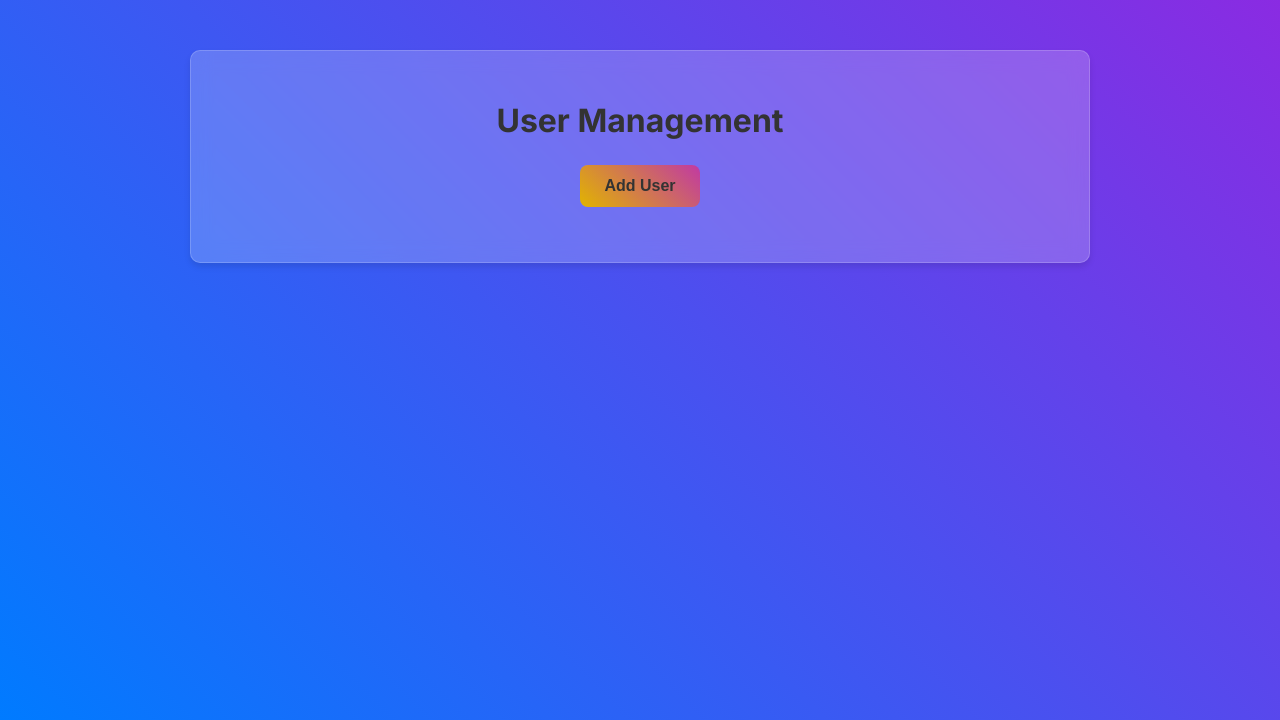
Repository: EeeeeEyyyy/crud-proj
Page: /
These files come from the project's save history. The page is drawn as it stood at one moment and after the next save; the edit follows.
The browser window is 1280 px wide. The pictures show the whole page.
The page's requests for data from a server got no answer. The project was rebuilt for these pictures with package versions that can differ from the ones it lists, and the page was loaded fresh each time. The framework's server and built-in components were replaced by stand-ins that run in the browser. No one was signed in, and anything a server would have sent is missing. Also part of the build but not shown: next.config.mjs.

Above is the page before, as saved 2024-06-25 08:42:17.

### src/app/page.js
"use client";

import React, { useEffect, useState } from "react";
import axios from "axios";

const Page = () => {
  const [users, setUsers] = useState([]);
  const [isCreateModalOpen, setCreateModalOpen] = useState(false);
  const [isUpdateModalOpen, setUpdateModalOpen] = useState(false);
  const [isDeleteModalOpen, setDeleteModalOpen] = useState(false);
  const [selectedUser, setSelectedUser] = useState(null);
  const [newUser, setNewUser] = useState({ name: "", email: "" });

  useEffect(() => {
    fetchUsers();
  }, []);

  const fetchUsers = async () => {
    try {
      const response = await axios.get(
        "https://jsonplaceholder.typicode.com/users"
      );
      setUsers(response.data);
    } catch (error) {
      console.error("Error fetching users:", error);
    }
  };

  const addUser = async () => {
    try {
      const response = await axios.post(
        "https://jsonplaceholder.typicode.com/users",
        newUser
      );
      setUsers([...users, response.data]);
      setCreateModalOpen(false);
    } catch (error) {
      console.error("Error adding user:", error);
    }
  };

  const updateUser = async (id) => {
    try {
      const response = await axios.put(
        `https://jsonplaceholder.typicode.com/users/${id}`,
        selectedUser
      );
      setUsers(users.map((user) => (user.id === id ? response.data : user)));
      setUpdateModalOpen(false);
    } catch (error) {
      console.error("Error updating user:", error);
    }
  };

  const deleteUser = async (id) => {
    try {
      await axios.delete(`https://jsonplaceholder.typicode.com/users/${id}`);
      setUsers(users.filter((user) => user.id !== id));
      setDeleteModalOpen(false);
    } catch (error) {
      console.error("Error deleting user:", error);
    }
  };

  const openCreateModal = () => {
    setNewUser({ name: "", email: "" });
    setCreateModalOpen(true);
  };

  const closeCreateModal = () => {
    setCreateModalOpen(false);
  };

  const openUpdateModal = (user) => {
    setSelectedUser(user);
    setUpdateModalOpen(true);
  };

  const closeUpdateModal = () => {
    setSelectedUser(null);
    setUpdateModalOpen(false);
  };

  const openDeleteModal = (user) => {
    setSelectedUser(user);
    setDeleteModalOpen(true);
  };

  const closeDeleteModal = () => {
    setSelectedUser(null);
    setDeleteModalOpen(false);
  };

  const handleGoToHome = () => {
    router.push("/");
  };

  return (
    <div className="container">
      <h1>User Management</h1>
      <div className="Add-me">
        <button
          onClick={openCreateModal}
          className="glassButton-add"
          id="add-n"
        >
          Add User
        </button>
      </div>
      <ul>
        {users.map((user) => (
          <li key={user.id}>
            {user.name} - {user.email}
            <div className="buttones">
              {" "}
              <button
                onClick={() => openUpdateModal(user)}
                className="glassButton"
                id="update-n"
              >
                Update
              </button>
              <button
                onClick={() => openDeleteModal(user)}
                className="glassButton"
                id="delete-n"
              >
                Delete
              </button>
            </div>
          </li>
        ))}
      </ul>
      {isCreateModalOpen && (
        <div className="modalOverlay">
          <div className="modal">
            <h2>Add User</h2>
            <input
              type="text"
              placeholder="Name"
              value={newUser.name}
              onChange={(e) => setNewUser({ ...newUser, name: e.target.value })}
            />
            <input
              type="email"
              placeholder="Email"
              value={newUser.email}
              onChange={(e) =>
                setNewUser({ ...newUser, email: e.target.value })
              }
            />
            <button onClick={addUser} className="glassButton">
              Add
            </button>
            <button onClick={closeCreateModal} className="closeButton">
              Close
            </button>
          </div>
        </div>
      )}
      {isUpdateModalOpen && selectedUser && (
        <div className="modalOverlay">
          <div className="modal">
            <h2>Update User</h2>
            <input
              type="text"
              placeholder="Name"
              value={selectedUser.name}
              onChange={(e) =>
                setSelectedUser({ ...selectedUser, name: e.target.value })
              }
            />
            <input
              type="email"
              placeholder="Email"
              value={selectedUser.email}
              onChange={(e) =>
                setSelectedUser({ ...selectedUser, email: e.target.value })
              }
            />
            <button
              onClick={() => updateUser(selectedUser.id)}
              className="glassButton"
            >
              Update
            </button>
            <button onClick={closeUpdateModal} className="closeButton">
              Close
            </button>
          </div>
        </div>
      )}
      {isDeleteModalOpen && selectedUser && (
        <div className="modalOverlay">
          <div className="modal">
            <h2>Are you sure you want to delete {selectedUser.name}?</h2>
            <button
              onClick={() => deleteUser(selectedUser.id)}
              className="glassButton"
            >
              Yes
            </button>
            <button onClick={closeDeleteModal} className="closeButton">
              No
            </button>
          </div>
        </div>
      )}
    </div>
  );
};
export default Page;

### src/app/globals.css
* {
  box-sizing: border-box;
  padding: 0;
  margin: 0;
}
html,
body {
  max-width: 100vw;
  overflow-x: hidden;
  background: linear-gradient(
    45deg,
    rgb(0, 123, 255),
    rgb(138, 43, 226)
  ); /* Blue to Violet */
  height: 100%;
  margin: 0;
  padding: 0;
  font-family: Arial, sans-serif;
}
a {
  color: inherit;
  text-decoration: none;
}
.main {
  display: flex;
  flex-direction: column;
  justify-content: space-between;
  align-items: center;
  padding: 6rem;
  min-height: 100vh;
}
.description {
  display: inherit;
  justify-content: inherit;
  align-items: inherit;
  font-size: 0.85rem;
  max-width: var(--max-width);
  width: 100%;
  z-index: 2;
  font-family: var(--font-mono);
}
.description a {
  display: flex;
  justify-content: center;
  align-items: center;
  gap: 0.5rem;
}
.description p {
  position: relative;
  margin: 0;
  padding: 1rem;
  background-color: rgba(var(--callout-rgb), 0.5);
  border: 1px solid rgba(var(--callout-border-rgb), 0.3);
  border-radius: var(--border-radius);
}
.code {
  font-weight: 700;
  font-family: var(--font-mono);
}
.grid {
  display: grid;
  grid-template-columns: repeat(4, minmax(25%, auto));
  max-width: 100%;
  width: var(--max-width);
}
.card {
  padding: 1rem 1.2rem;
  border-radius: var(--border-radius);
  background: rgba(var(--card-rgb), 0);
  border: 1px solid rgba(var(--card-border-rgb), 0);
  transition: background 200ms, border 200ms;
}
.card span {
  display: inline-block;
  transition: transform 200ms;
}

.card h2 {
  font-weight: 600;
  margin-bottom: 0.7rem;
}
.card p {
  margin: 0;
  opacity: 0.6;
  font-size: 0.9rem;
  line-height: 1.5;
  max-width: 30ch;
  text-wrap: balance;
}
.center {
  display: flex;
  justify-content: center;
  align-items: center;
  position: relative;
  padding: 4rem 0;
}
.center::before {
  background: var(--secondary-glow);
  border-radius: 50%;
  width: 480px;
  height: 360px;
  margin-left: -400px;
}
.center::after {
  background: var(--primary-glow);
  width: 240px;
  height: 180px;
  z-index: -1;
}
.center::before,
.center::after {
  content: "";
  left: 50%;
  position: absolute;
  filter: blur(45px);
  transform: translateZ(0);
}
.logo {
  position: relative;
}
/* Enable hover only on non-touch devices */
@media (hover: hover) and (pointer: fine) {
  .card:hover {
    background: rgba(var(--card-rgb), 0.1);
    border: 1px solid rgba(var(--card-border-rgb), 0.15);
  }
  .card:hover span {
    transform: translateX(4px);
  }
}
@media (prefers-reduced-motion) {
  .card:hover span {
    transform: none;
  }
}
/* Mobile */
@media (max-width: 700px) {
  .content {
    padding: 4rem;
  }
  .grid {
    grid-template-columns: 1fr;
    margin-bottom: 120px;
    max-width: 320px;
    text-align: center;
  }
  .card {
    padding: 1rem 2.5rem;
  }

  .card h2 {
    margin-bottom: 0.5rem;
  }

  .center {
    padding: 8rem 0 6rem;
  }

  .center::before {
    transform: none;
    height: 300px;
  }

  .description {
    font-size: 0.8rem;
  }

  .description a {
    padding: 1rem;
  }

  .description p,
  .description div {
    display: flex;
    justify-content: center;
    position: fixed;
    width: 100%;
  }

  .description p {
    align-items: center;
    inset: 0 0 auto;
    padding: 2rem 1rem 1.4rem;
    border-radius: 0;
    border: none;
    border-bottom: 1px solid rgba(var(--callout-border-rgb), 0.25);
    background: linear-gradient(
      to bottom,
      rgba(var(--background-start-rgb), 1),
      rgba(var(--callout-rgb), 0.5)
    );
    background-clip: padding-box;
    backdrop-filter: blur(24px);
  }

  .description div {
    align-items: flex-end;
    pointer-events: none;
    inset: auto 0 0;
    padding: 2rem;
    height: 200px;
    background: linear-gradient(
      to bottom,
      transparent 0%,
      rgb(var(--background-end-rgb)) 40%
    );
    z-index: 1;
  }
}

/* Tablet and Smaller Desktop */
@media (min-width: 701px) and (max-width: 1120px) {
  .grid {
    grid-template-columns: repeat(2, 50%);
  }
}

@media (prefers-color-scheme: dark) {
  .vercelLogo {
    filter: invert(1);
  }

  .logo {
    filter: invert(1) drop-shadow(0 0 0.3rem #ffffff70);
  }
}

@keyframes rotate {
  from {
    transform: rotate(360deg);
  }
  to {
    transform: rotate(0deg);
  }
}
.container {
  max-width: 1000px;
  margin: 50px auto;
  padding: 20px;
  background: rgba(0, 123, 255, 0.2);
  border: 1px solid rgba(0, 123, 255, 0.18);
  border-radius: 10px;
  backdrop-filter: blur(10px);
  box-shadow: 0 4px 6px rgba(0, 0, 0, 0.1);
  text-align: center;
}

h1 {
  font-size: 2em;
  margin-bottom: 20px;
  color: #333;
}

/* Glass Button Styles */
.glassButton {
  background: rgba(255, 255, 255, 0.2);
  border: none;
  padding: 12px 24px;
  font-size: 16px;
  color: #7f0c0c;
  cursor: pointer;
  outline: none;
  transition: background-color 0.3s ease, transform 0.3s ease;
  backdrop-filter: blur(5px);
  border-radius: 8px;
  margin: 5px;
  display: flex;
  flex-direction: row;
  align-items: center;
}

.glassButton:hover {
  background: rgba(255, 255, 255, 0.3);
  transform: scale(1.05);
}

/* Modal Styles */
.modalOverlay {
  position: fixed;
  top: 0;
  left: 0;
  right: 0;
  bottom: 0;
  background-color: rgba(0, 0, 0, 0.5);
  display: flex;
  justify-content: center;
  align-items: center;
  z-index: 1000;
}

.modal {
  background: rgba(255, 255, 255, 0.8);
  padding: 20px;
  border-radius: 8px;
  width: 400px;
  max-width: 90%;
  box-shadow: 0 4px 6px rgba(0, 0, 0, 0.1);
  backdrop-filter: blur(10px);
  position: relative;
}

.closeButton {
  background: rgba(255, 255, 255, 0.5);
  padding: 8px;
  border-radius: 50%;
  border: none;
  font-size: 20px;
  cursor: pointer;
  position: absolute;
  top: 10px;
  right: 10px;
  transition: background-color 0.3s ease;
}

.closeButton:hover {
  background: rgba(255, 255, 255, 0.8);
}

/* List Styles */
ul {
  list-style-type: none;
  padding: 0;
}

li {
  display: flex;
  justify-content: space-between;
  align-items: center;
  padding: 10px;
  border-bottom: 1px solid rgba(0, 0, 0, 0.1);
  color: #333;
}

/* Input Styles */
input {
  display: block;
  width: calc(100% - 20px);
  margin: 10px 0;
  padding: 10px;
  border: 1px solid rgba(0, 0, 0, 0.1);
  border-radius: 4px;
  font-size: 16px;
}
.container {
  max-width: 900px;
  margin: 50px auto;
  padding: 50px;
  background: rgba(255, 255, 255, 0.2);
  border: 1px solid rgba(255, 255, 255, 0.18);
  border-radius: 10px;
  backdrop-filter: blur(10px);
  box-shadow: 0 4px 6px rgba(0, 0, 0, 0.1);
  text-align: center;
}
h1 {
  font-size: 2em;
  margin-bottom: 20px;
  color: #333;
}
.glassButton {
  display: flex;
  flex-direction: row;
  align-items: center;
  gap: 30px;
  background: rgba(255, 255, 255, 0.2);
  border: none;
  padding: 12px 24px;
  font-size: 16px;
  color: #333;
  cursor: pointer;
  outline: none;
  transition: background-color 0.3s ease, transform 0.3s ease;
  backdrop-filter: blur(5px);
  border-radius: 8px;
  margin: 5px;
}
.glassButton-add {
  display: flex;
  flex-direction: row;
  align-items: center;
  gap: 30px;
  background: #17f3ff33;
  border: none;
  padding: 12px 24px;
  font-size: 16px;
  color: #333;
  cursor: pointer;
  outline: none;
  transition: background-color 0.3s ease, transform 0.3s ease;
  backdrop-filter: blur(5px);
  border-radius: 8px;
  margin: 5px;
}
.glassButton:hover {
  background: rgba(255, 255, 255, 0.3);
  transform: scale(1.05);
}
.modalOverlay {
  position: fixed;
  top: 0;
  left: 0;
  right: 0;
  bottom: 0;
  background-color: rgba(0, 0, 0, 0.5);
  display: flex;
  justify-content: center;
  align-items: center;
  z-index: 1000;
  size: 50px;

  border-radius: 1%;
}
.modal {
  background: rgba(255, 255, 255, 0.8);
  padding: 20px;
  border-radius: 8px;
  width: 400px;
  max-width: 90%;
  box-shadow: 0 4px 6px rgba(0, 0, 0, 0.1);
  backdrop-filter: blur(10px);
  position: fixed;
}
.closeButton {
  background: rgba(255, 255, 255, 0.5);
  padding: 8px;
  border-radius: 50%;
  border: none;
  font-size: 20px;
  cursor: pointer;
  position: absolute;
  top: 10px;
  right: 10px;
  transition: background-color 0.3s ease;
}
.closeButton:hover {
  background: rgba(255, 255, 255, 0.8);
}
ul {
  list-style-type: none;
  padding: 0;
}
li {
  display: flex;
  justify-content: space-between;
  align-items: center;
  padding: 10px;
  border-bottom: 1px solid rgba(0, 0, 0, 0.1);
  color: #333;
}
input {
  display: block;
  width: calc(100% - 20px);
  margin: 10px 0;
  padding: 10px;
  border: 1px solid rgba(0, 0, 0, 0.1);
  border-radius: 4px;
  font-size: 16px;
}
.Add-me {
  text-align: center;
  display: flex;
  justify-content: center;
}

.buttones {
  display: flex;
  justify-content: space-between;
}
#delete-n {
  background: linear-gradient(45deg, rgb(255, 0, 0), rgba(54, 6, 78, 0.441));
  font-weight: bold;
  color: rgb(7, 0, 107);
}
#update-n {
  background: linear-gradient(45deg, rgb(182, 4, 247), rgb(18, 161, 111));
  font-weight: bold;
  color: beige;
}
#add-n {
  font-weight: bold;
  background: linear-gradient(45deg, rgb(225, 180, 0), rgb(193, 57, 163));
}

Loaded but not shown: src/app/layout.js (common file)

After the next save:
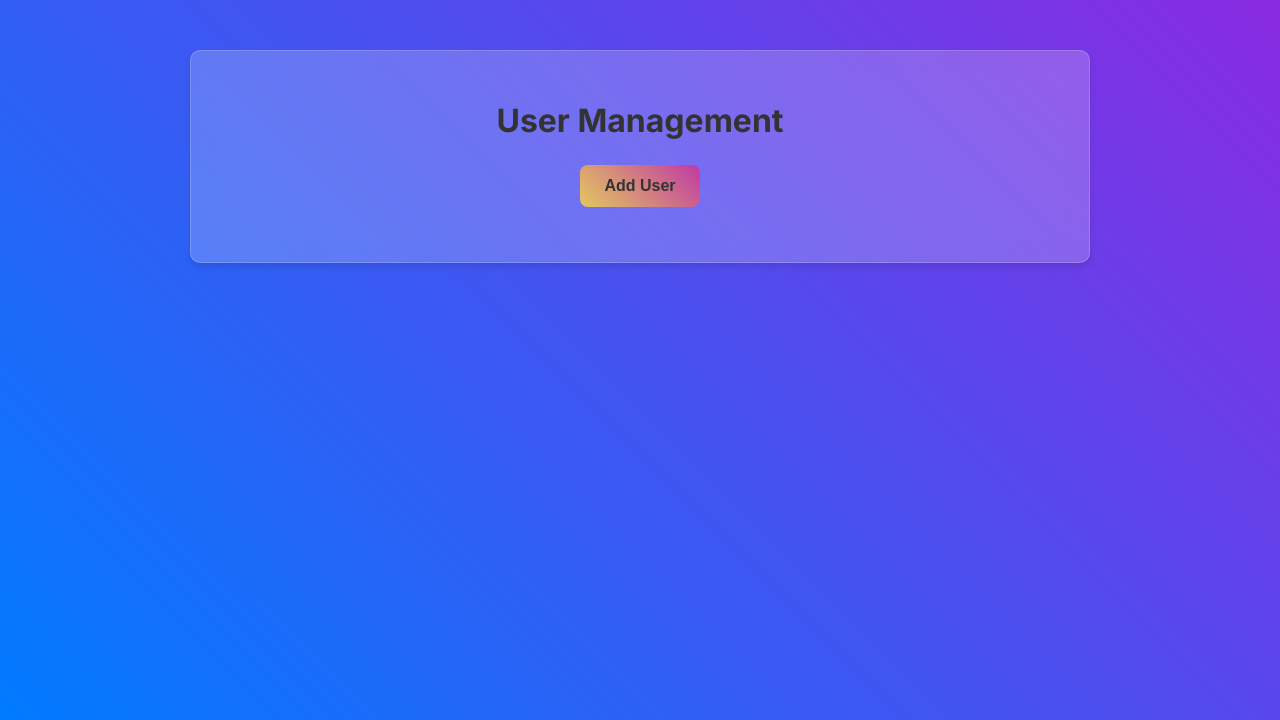
Saved 9 s later.
--- a/src/app/globals.css
+++ b/src/app/globals.css
@@ -478,5 +478,5 @@ input {
 }
 #add-n {
   font-weight: bold;
-  background: linear-gradient(45deg, rgb(225, 180, 0), rgb(193, 57, 163));
-}
+  background: linear-gradient(45deg, rgb(227, 200, 95), rgb(193, 57, 163));
+}
